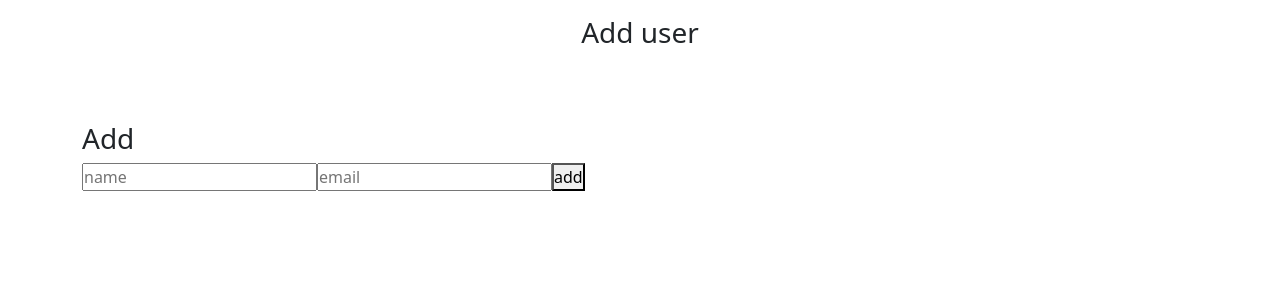
Repository: JVJuvi/ToDoList-jsonplaceholder
Page: /user
An editor plug-in stored every save of this project. The page is shown before and after the next save, followed by the edit.
The browser window is 1280 px wide. The pictures show the whole page.
The page's requests for data from a server got no answer. The project was rebuilt for these pictures with package versions that can differ from the ones it lists, and the page was loaded fresh each time. No one was signed in, and anything a server would have sent is missing. Also part of the build but not shown: src/Components/ToDoList/ToDoList.jsx.

Above is the page before, as saved 2021-12-03 14:07:09.

### src/index.js
import React from 'react';
import ReactDOM from 'react-dom';
// import './index.css';
import App from './App';
import "bootstrap/dist/css/bootstrap.min.css";
//setup redux
import { Provider } from 'react-redux';
import { store } from './redux/RootReducer';


ReactDOM.render(
  <Provider store={store}>
    <App />
  </Provider>,
  document.getElementById('root')
);

### src/App.js
// import { Route, Router } from 'react-router-dom';
import ToDoList from "./Components/ToDoList/ToDoList";
import { Router, Route, Switch } from "react-router";
import { createBrowserHistory } from 'history';
import './css/App.css';
import AddUser from "./Components/AddUser/AddUser";
import { User } from "./Components/AddUser/User";


export const history = createBrowserHistory();

function App() {
  return (
    <Router history={history}>
        <Switch>
            <Route path="/todolist" exact component={ToDoList} />
            <Route path="/user" exact component={User} />
            <Route path="/" exact component={ToDoList} />
        </Switch>
    </Router>
  );
}

export default App;

### src/redux/RootReducer.js
import { combineReducers, createStore } from "redux";



const RootReducer = combineReducers({

})

export const store = createStore(RootReducer)

### src/css/App.css
* {
  padding: 0;
  margin: 0;
  -webkit-box-sizing: border-box;
          box-sizing: border-box;
}

p {
  margin-bottom: 0 !important;
}

.user__list {
  display: -webkit-box;
  display: -ms-flexbox;
  display: flex;
  -webkit-box-pack: justify;
      -ms-flex-pack: justify;
          justify-content: space-between;
  text-align: center;
  max-width: 600px;
  margin: 0 auto;
}

.todolist {
  background: #343a40;
  color: #fff;
  max-width: 900px;
  margin: 0 auto;
  padding: 2rem;
}

.todolist h1, .todolist h3 {
  font-weight: 300;
}

.todolist form {
  display: -webkit-box;
  display: -ms-flexbox;
  display: flex;
  -ms-flex-wrap: wrap;
      flex-wrap: wrap;
  gap: 5px;
}

.todolist input, .todolist button {
  padding: 5px;
}

.todolist input {
  -webkit-box-flex: 1;
      -ms-flex: 1 1 25rem;
          flex: 1 1 25rem;
}

.todolist button {
  background: #343a40;
  border: 1px solid #fff;
  margin-left: 10px;
  color: #fff;
  -webkit-transition: all .3s linear;
  transition: all .3s linear;
}

.todolist button:hover {
  color: #343a40;
  background: #e7e4e4;
  border: 1px solid #343a40;
}
/*# sourceMappingURL=App.css.map */

### src/Components/AddUser/AddUser.jsx
import React from 'react'

const AddUser = ({addUsers}) => {



    return (
        <div>
            <form>
                <h3>Add</h3>
                <input type="text" placeholder="name" name="name" />
                <input type="email" placeholder="email" name="email" />
                <button>add</button>
            </form>
        </div>
    )
}

export default AddUser

### src/Components/AddUser/User.jsx
import axios from 'axios'
import React, { useEffect, useState } from 'react'
import AddUser from './AddUser';

export const User = () => {

    const [users, setUsers] = useState([]);

    useEffect(()=>{
        getUsers();
    },[])

    const getUsers = async () => {
        try {
            const result = await axios.get('https://jsonplaceholder.typicode.com/users')
            console.log('users', result.data)
            setUsers(result.data);
        } catch(error) {
            console.log('error', error)
        }
    }

    const addUsers = async (name, email) => {
        try {
            const result = await axios.get('https://jsonplaceholder.typicode.com/users',{
                method: 'POST',
                body: JSON.stringify({
                    name: name,
                    body: email,
                }),
                headers: {
                    'Content-type': 'application/json; charset=UTF-8',
                },
            })
            console.log('users', result.data)
            setUsers([...users, result.data]);
        } catch(error) {
            console.log('error', error)
        }
    }

    return (
        <div className="container">
            <h3 className="mb-5 mt-3 text-center">Add user</h3>
            <br />
            <AddUser addUsers={addUsers} />
            <div>
                {
                    users.map((item) => (
                        <div className="user__list" key={item.id}>
                            <span>{item.name}</span>
                            <span>{item.email}</span>
                            <span>
                                <button>edit</button>
                                <button>delete</button>
                            </span>
                        </div>
                    ))
                }
            </div>
        </div>
    )
}

Loaded but not shown: public/index.html (common file)

After the next save:
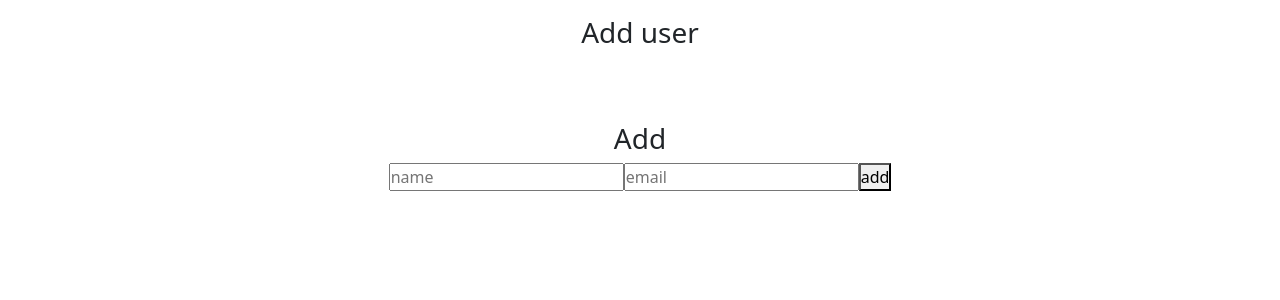
Saved 22 s later.
--- a/src/Components/AddUser/AddUser.jsx
+++ b/src/Components/AddUser/AddUser.jsx
@@ -5,7 +5,7 @@ const AddUser = ({addUsers}) => {
 
 
     return (
-        <div>
+        <div className="text-center">
             <form>
                 <h3>Add</h3>
                 <input type="text" placeholder="name" name="name" />
